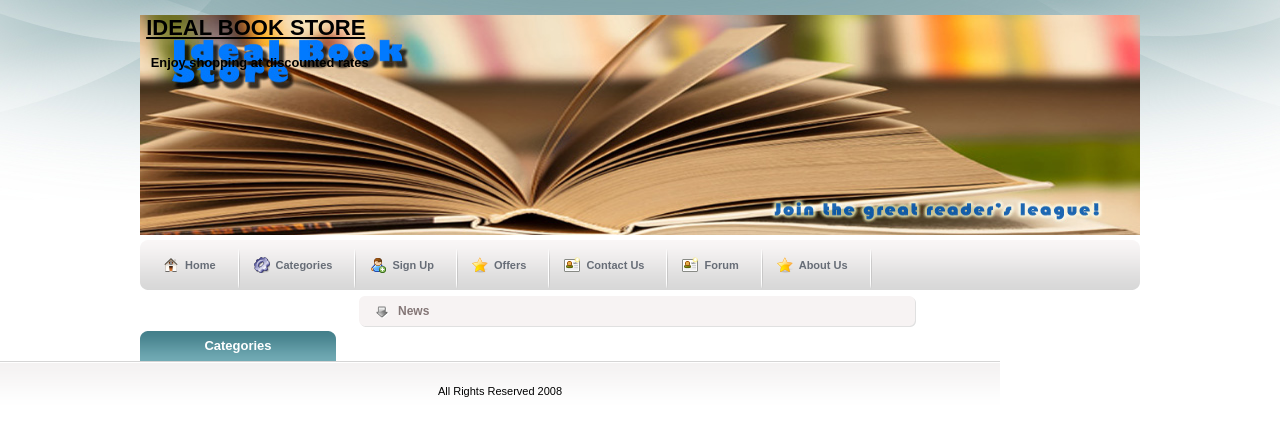
Repository: tusharjain887/Online-Book-Sales
Page: http://localhost/OnlineBook/news.jsp
These files come from the project's save history. The page is drawn as it stood at one moment and after the next save; the edit follows.
The browser window is 1280 px wide. The pictures show the whole page.
The page is served by Tomcat 9. Queries for data that is not in the repository find no rows.

Above is the page before, as saved 2013-04-09 10:26:41.

After the next save:
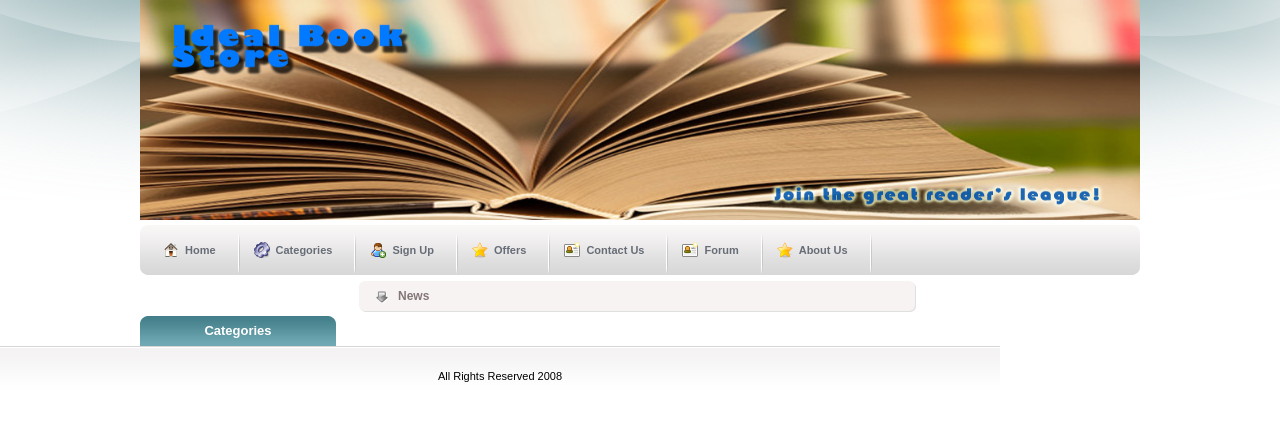
Saved 89 s later.
--- a/PROJECT/workspace/workspace/OnlineBook/WebContent/news.jsp
+++ b/PROJECT/workspace/workspace/OnlineBook/WebContent/news.jsp
@@ -5,7 +5,7 @@
 <!DOCTYPE html PUBLIC "-//W3C//DTD XHTML 1.0 Transitional//EN" "http://www.w3.org/TR/xhtml1/DTD/xhtml1-transitional.dtd">
 <html xmlns="http://www.w3.org/1999/xhtml">
 <head>
-<title>Categories</title>
+<title>News</title>
 <meta http-equiv="Content-Type" content="text/html; charset=windows-1252" />
 <link rel="stylesheet" type="text/css" href="style.css" />
 <!--[if IE 6]>
@@ -29,8 +29,6 @@ if(c!=null)
 	}
 	%>
 	</div>
-	<div class="leftcontent"><h1>&nbsp<u>IDEAL BOOK STORE</u></h1></div>
-    <div class="leftdowncontent"><h3>&nbsp&nbsp&nbspEnjoy shopping at discounted rates</h3></div>
 
   </div>
 
